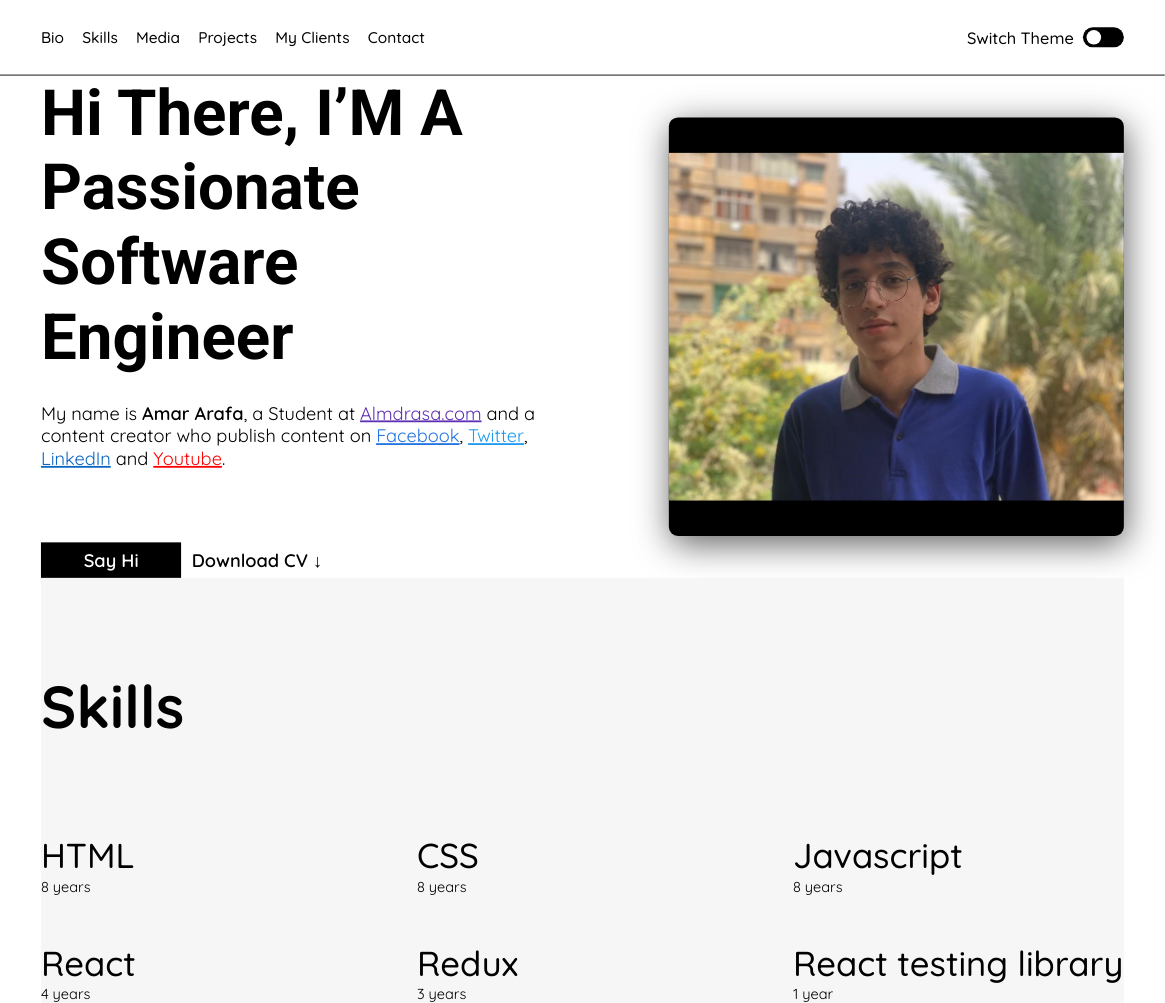
Repository: benarafa1/personal-website
Page: index.html
An editor plug-in stored every save of this project. The page is shown before and after the next save, followed by the edit.
The browser window is 1280 px wide. The pictures show the whole page, at 91% of full size.

Above is the page before, as saved 2025-04-12 16:18:28.

After the next save:
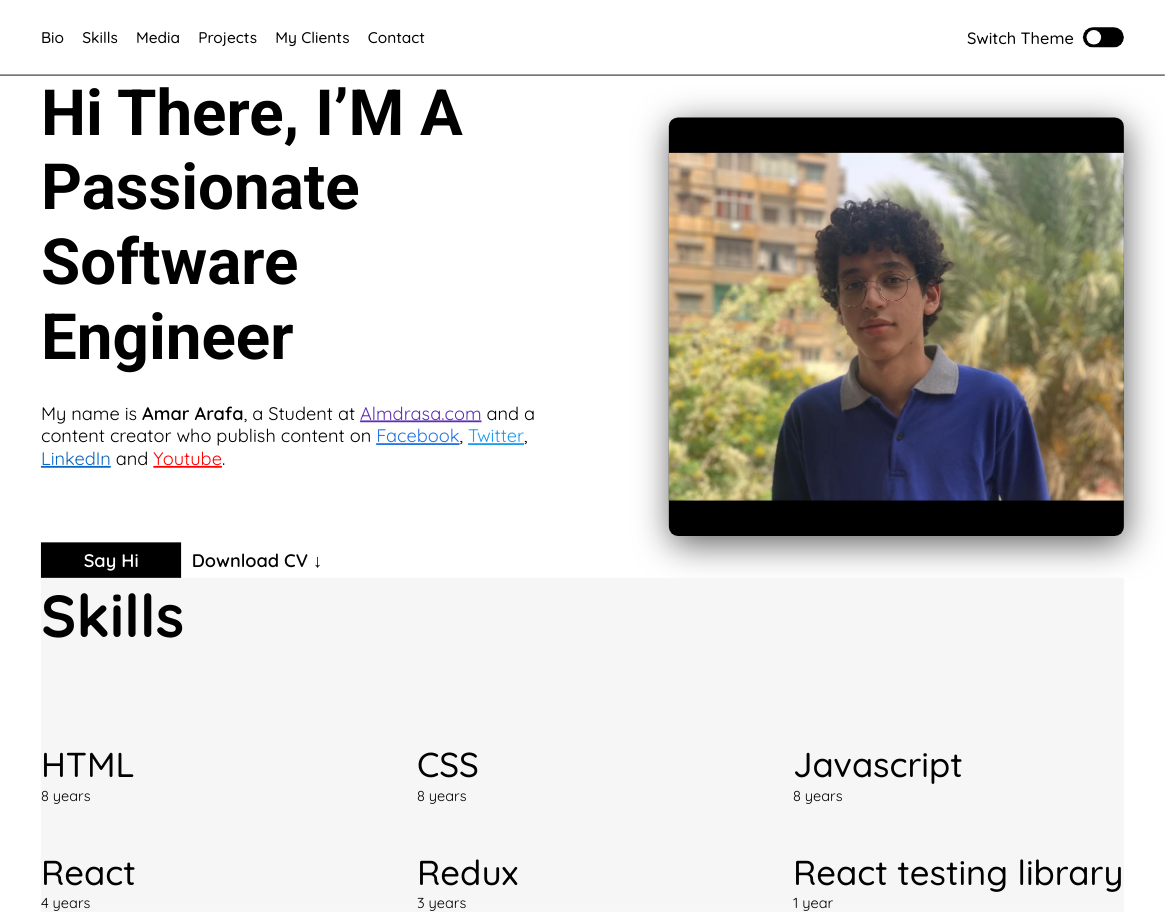
Saved 57 s later.
--- a/style.css
+++ b/style.css
@@ -81,7 +81,6 @@ html {
   font-size: var(--font-size-65);
   font-weight: var(--font-weight-bold);
   grid-column: 1/-1;
-  padding-top: 10rem;
 }
 /* globaL styles end________________ */
 .container {
